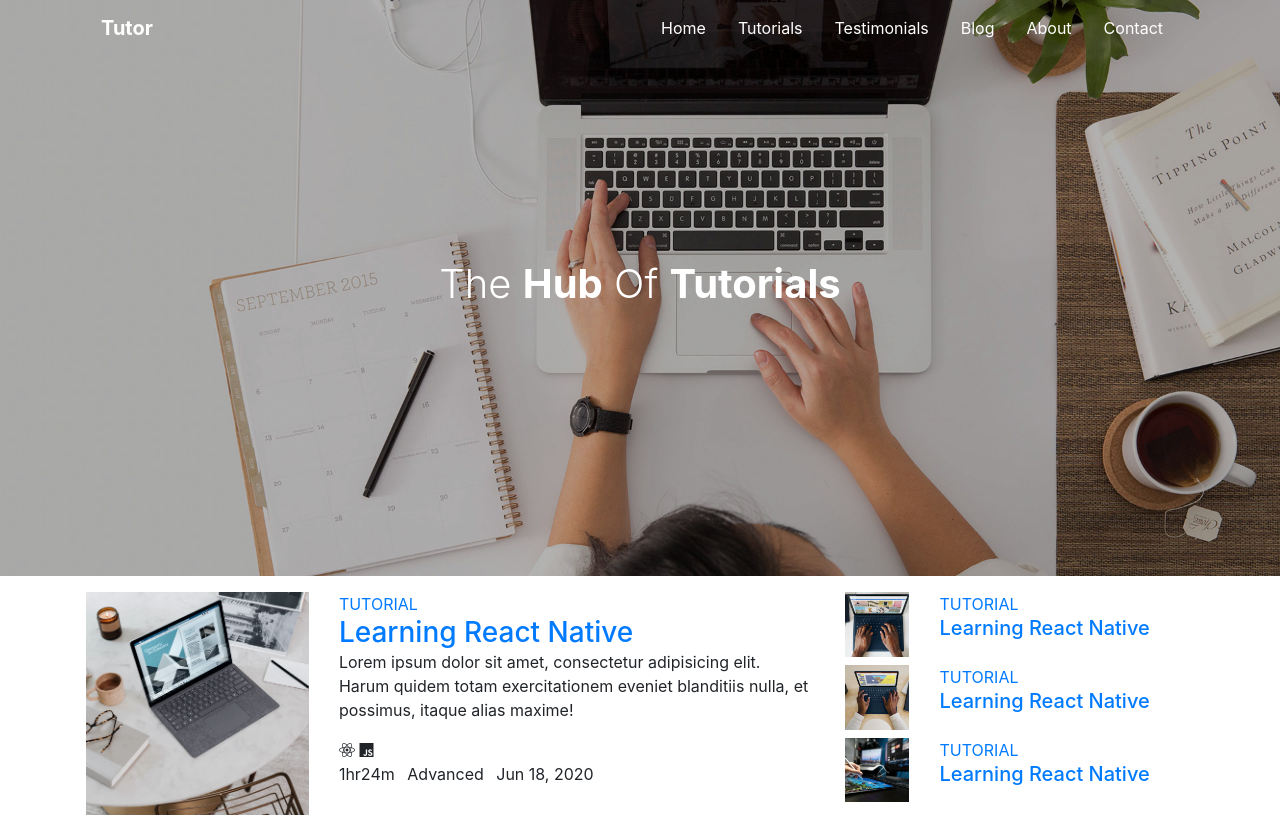
Repository: longvh2003/Tutor
Page: Views/home.html
The author's editor kept a copy of each file at every save. The page is drawn from the files as they stood at one save, then again after the next save.
The browser window is 1280 px wide. The pictures show the whole page.
Some web libraries are served in a nearby version.

Above is the page before, as saved 2020-08-12 16:50:15.

After the next save:
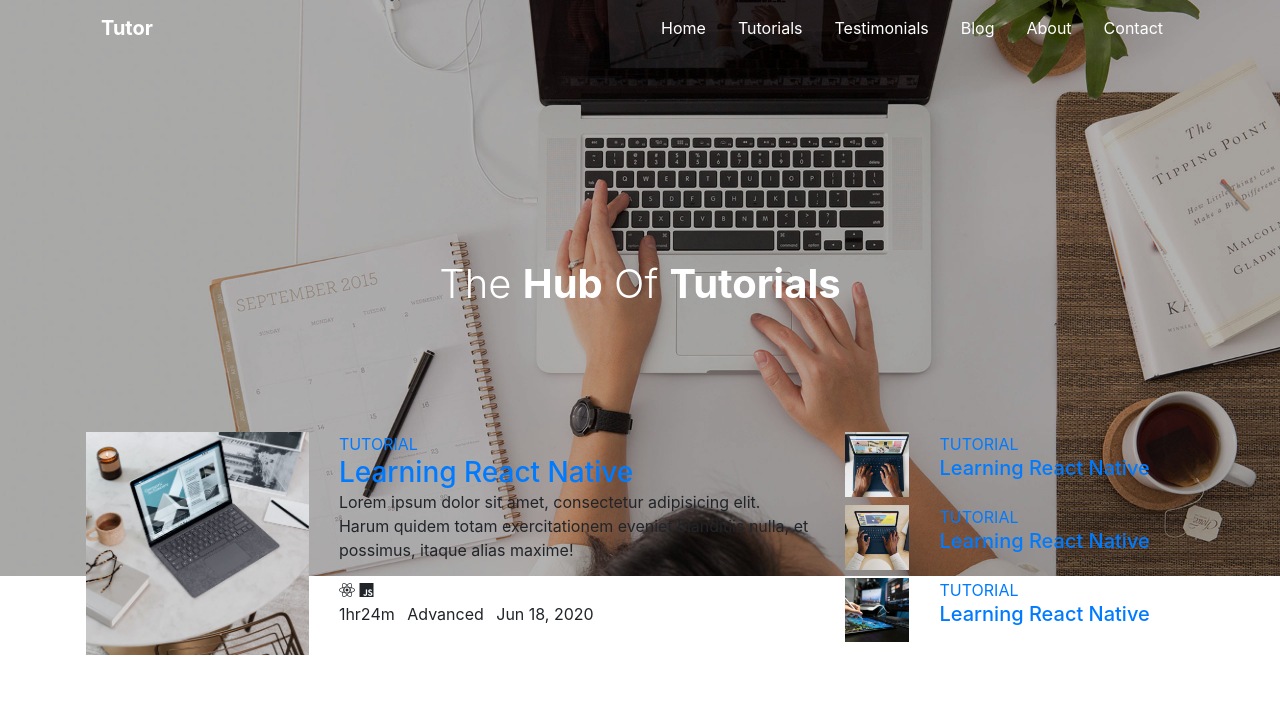
Saved 60 s later.
--- a/Css/home.css
+++ b/Css/home.css
@@ -1,5 +1,8 @@
 .latest-content{
     padding: 1rem;
+    position: relative;
+    z-index: 9999;
+    margin-top: -10rem;
 }
 .img-latest-content{
     width: 100%;
